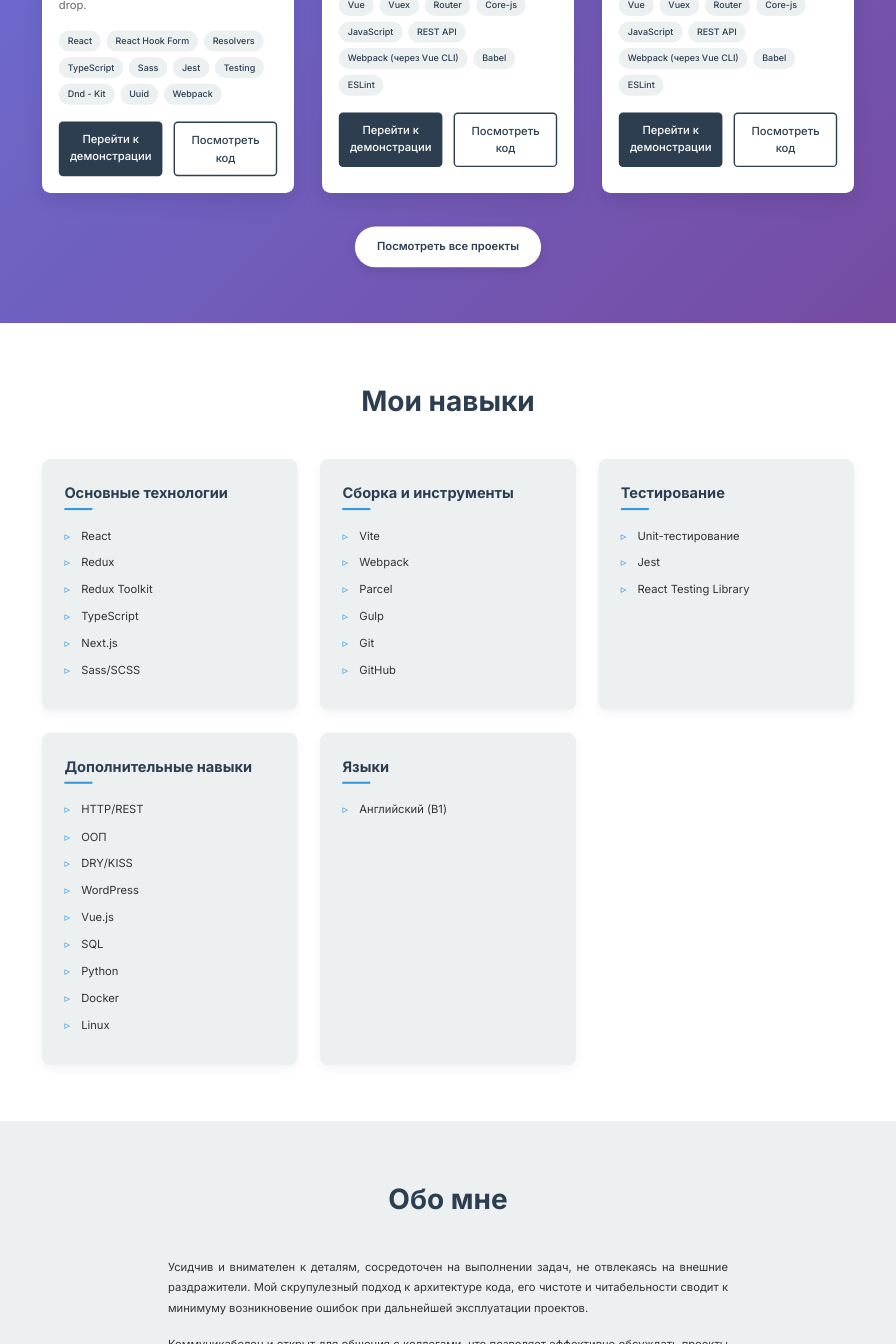
Repository: RostislavZeberg/resume-app
Page: /
These files come from the project's save history. The page is drawn as it stood at one moment and after the next save; the edit follows.
The browser window is 1280 px wide. The pictures show the part of the page from y = 1324 to 3244 px (the page is 4342 px tall before and 5003 px after), at 70% of full size.
The project was rebuilt for these pictures with package versions that can differ from the ones it lists, and the page was loaded fresh each time. The framework's server and built-in components were replaced by stand-ins that run in the browser. Also part of the build but not shown: next.config.ts.

Above is the page before, as saved 2025-09-18 19:16:22.

After the next save:
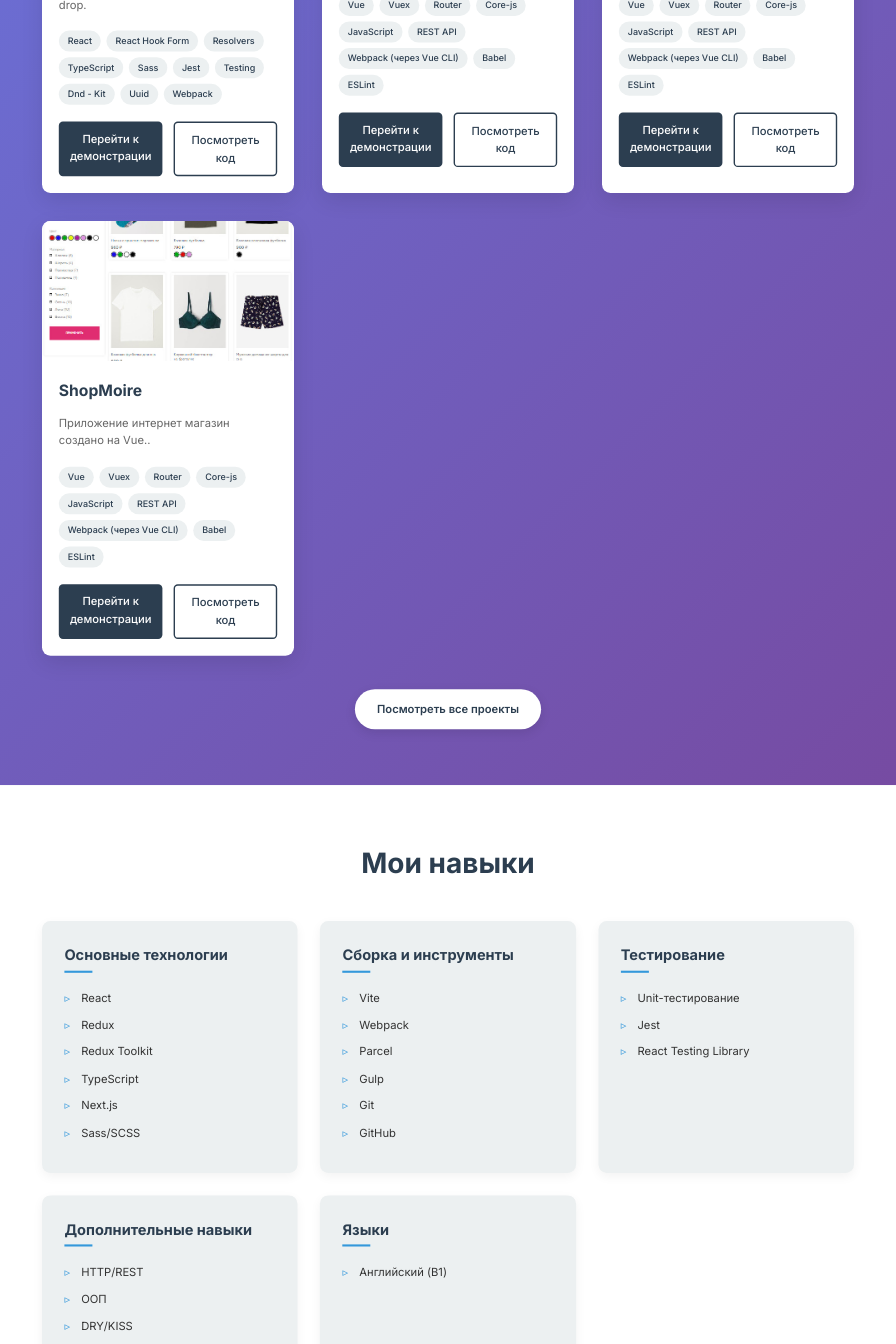
Saved 41 s later.
--- a/info/projects.ts
+++ b/info/projects.ts
@@ -42,4 +42,11 @@ export const projects = [
     codeLink: 'https://github.com/RostislavZeberg/ShopMoire',
     technologies: ['Vue', 'Vuex', 'Router', 'Core-js', 'JavaScript', 'REST API', 'Webpack (через Vue CLI)', 'Babel', 'ESLint']
   },
+  {
+    name: 'ShopMoire',
+    description: 'Приложение интернет магазин создано на Vue..',
+    demoLink: 'https://rostislavzeberg.github.io/ShopMoire/#/',
+    codeLink: 'https://github.com/RostislavZeberg/ShopMoire',
+    technologies: ['Vue', 'Vuex', 'Router', 'Core-js', 'JavaScript', 'REST API', 'Webpack (через Vue CLI)', 'Babel', 'ESLint']
+  },
 ];
